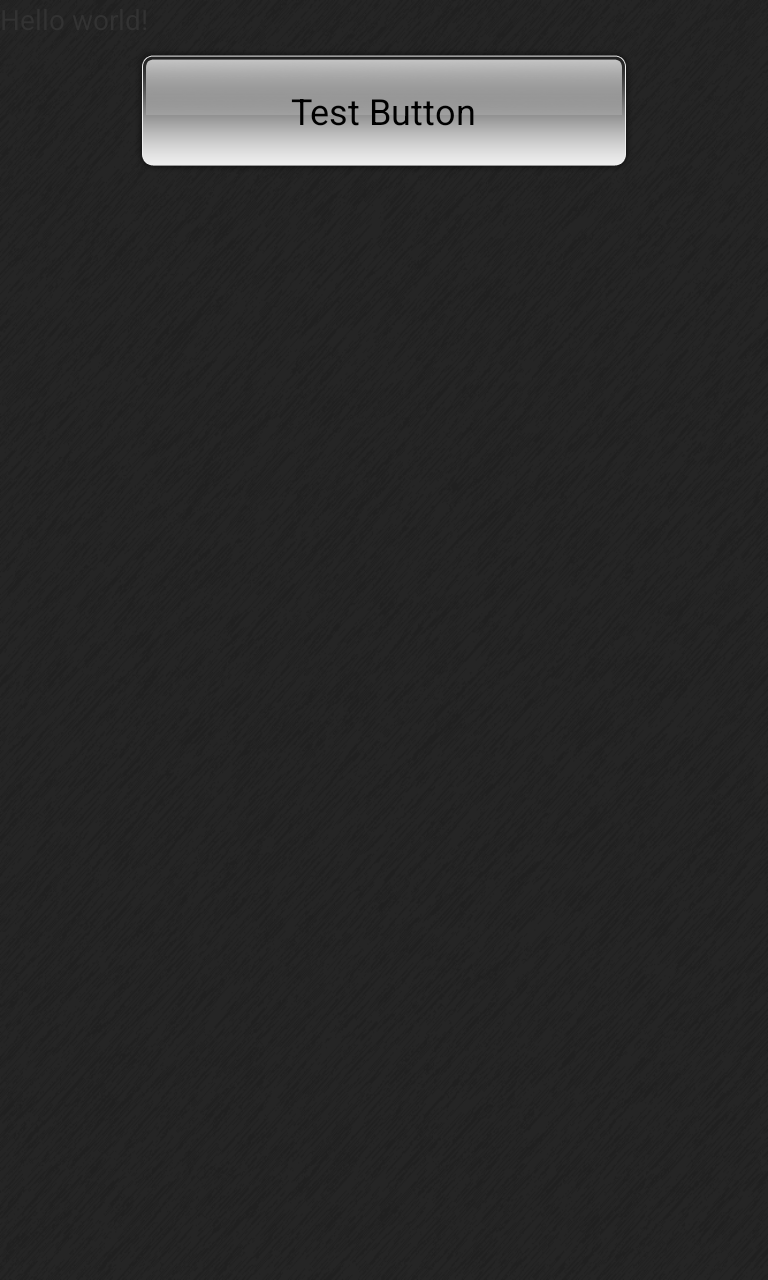
Repository: efreestone/Java2_Freestone
Layout: Java2Project1/res/layout/activity_main.xml
These files come from the project's save history. The layout is drawn as it stood at one moment and after the next save; the edit follows.
It is drawn on a 768 x 1280 px phone screen (xhdpi) without system bars, with theme AppTheme; the app's code is not run.

Above is the layout before, as saved 2014-05-06 21:03:09.

After the next save:
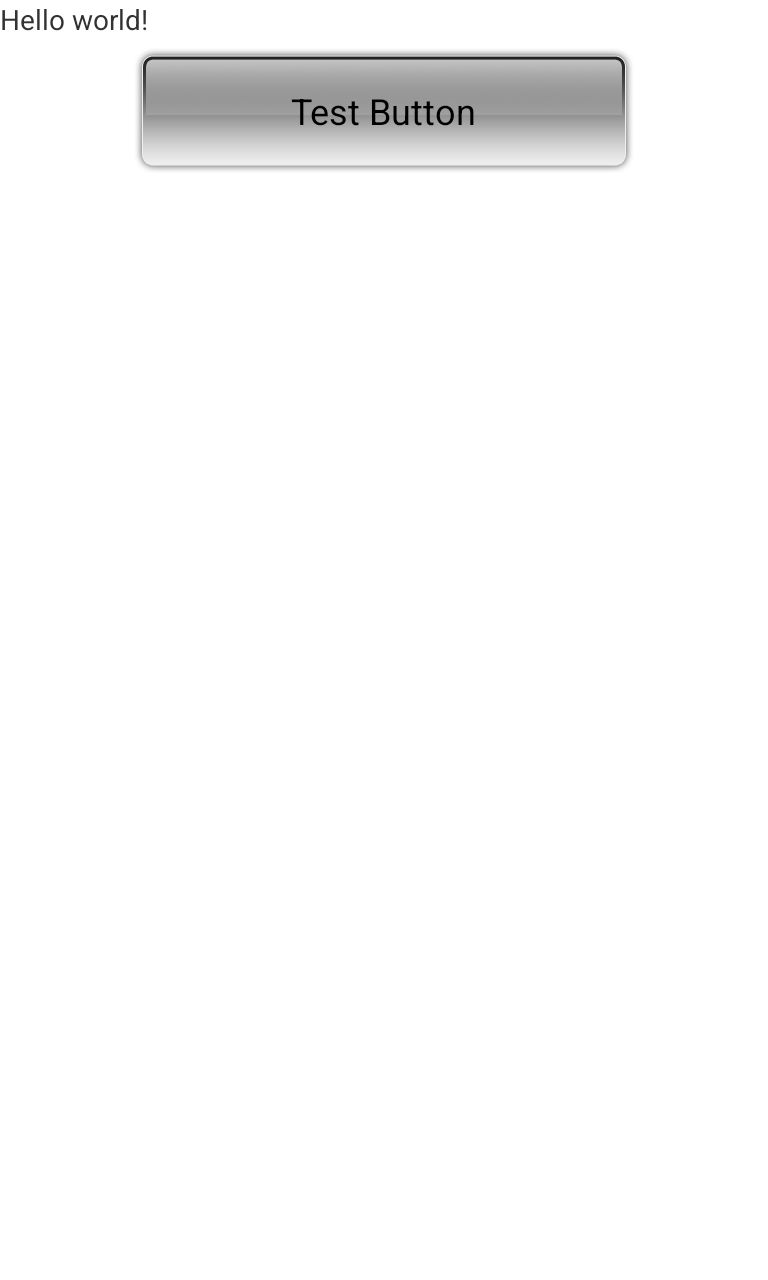
Saved 11 s later.
--- a/Java2Project1/res/layout/activity_main.xml
+++ b/Java2Project1/res/layout/activity_main.xml
@@ -4,7 +4,7 @@
     android:layout_width="match_parent"
     android:layout_height="match_parent"
     android:orientation="vertical"
-    android:background="@drawable/main_background">
+    >
 
     <TextView
         android:layout_width="wrap_content"
